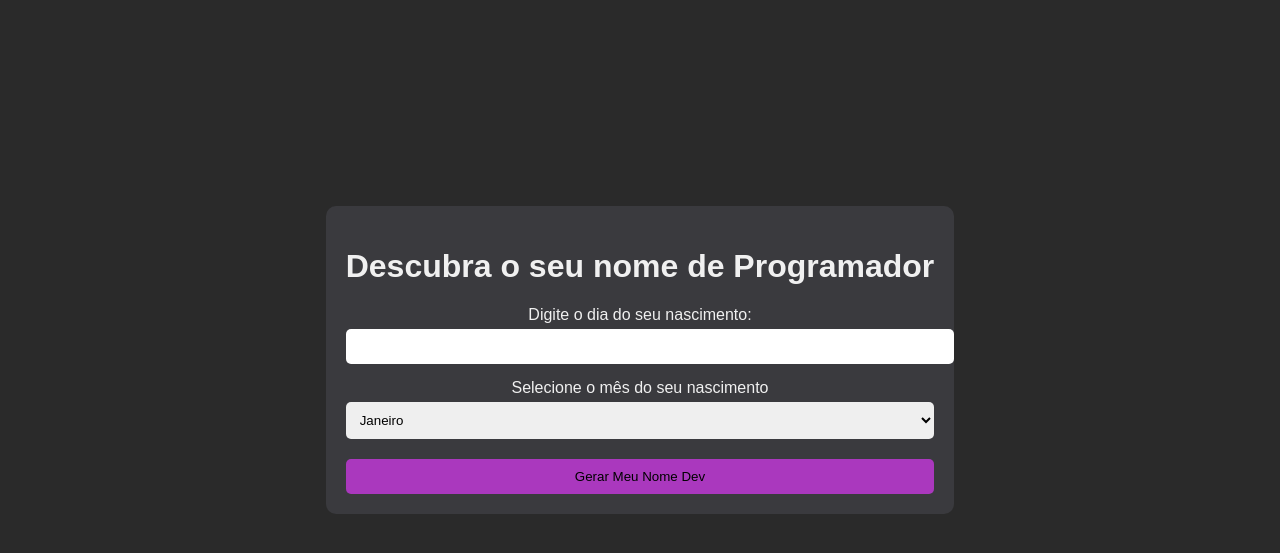
Repository: analessp/seu-nome-dev
Page: index.html
An editor plug-in stored every save of this project. The page is shown before and after a run of saves, followed by the edit.
The browser window is 1280 px wide. The pictures show the whole page.

Above is the page before, as saved 2025-05-13 10:52:22.

### index.html
<!DOCTYPE html>
<html lang="pt-BR">
<head>
    <meta charset="UTF-8">
    <meta name="viewport" content="width=device-width, initial-scale=1.0">
    <title>Seu Nome Dev</title>
    <link rel="stylesheet" href="styles.css">
</head>
<body>
    <div class="container">
        <h1>Descubra o seu nome de Programador</h1>
        <div class="form-group">
            <label for="dia">Digite o dia do seu nascimento:</label>
            <input type="number" id="dia" min="1" max="31">
        </div>
        <div class="form-group">
            <label for="mes">Selecione o mês do seu nascimento</label>
            <select id="mes">
                <option value="1">Janeiro</option>
                <option value="2">Fevereiro</option>
                <option value="3">Março</option>
                <option value="4">Abril</option>
                <option value="5">Maio</option>
                <option value="6">Junho</option>
                <option value="7">Julho</option>
                <option value="8">Agosto</option>
                <option value="9">Setembro</option>
                <option value="10">Outubro</option>
                <option value="11">Novembro</option>
                <option value="12">Dezembro</option>
            </select>
        </div>
        <button onclick="gerarNomeDev()">Gerar Meu Nome Dev</button>
        <div class="resultado" id="resultado"></div>
    </div>
    <script src="app.js"></script>
</body>
</html>

### styles.css
body {
    background-color: #2a2a2a;
    color: #f0f0f0;
    font-family: "Nunito", sans-serif;
    display: flex;
    justify-content: center;
    align-items: center;
    height: 100vh;
    margin: 0;
}

.container {
    background-color: #3a3a3e;
    padding: 20px;
    border-radius: 10px;
    box-shadow: 0px 5px 15px rgba(0, 0, 0, 0.3s);
    text-align: center;
}

.form-group {
    margin-bottom: 15px;
}

input, select, button {
    cursor: pointer;
    padding: 10px;
    margin-top: 5px;
    width: 100%;
    border-radius: 5px;
    border: none;
    outline: none;
}

button {
    background-color: #aa38be;
}

Loaded but not shown: app.js (no copy from this time; the picture is the same without it)

After the next 3 saves:
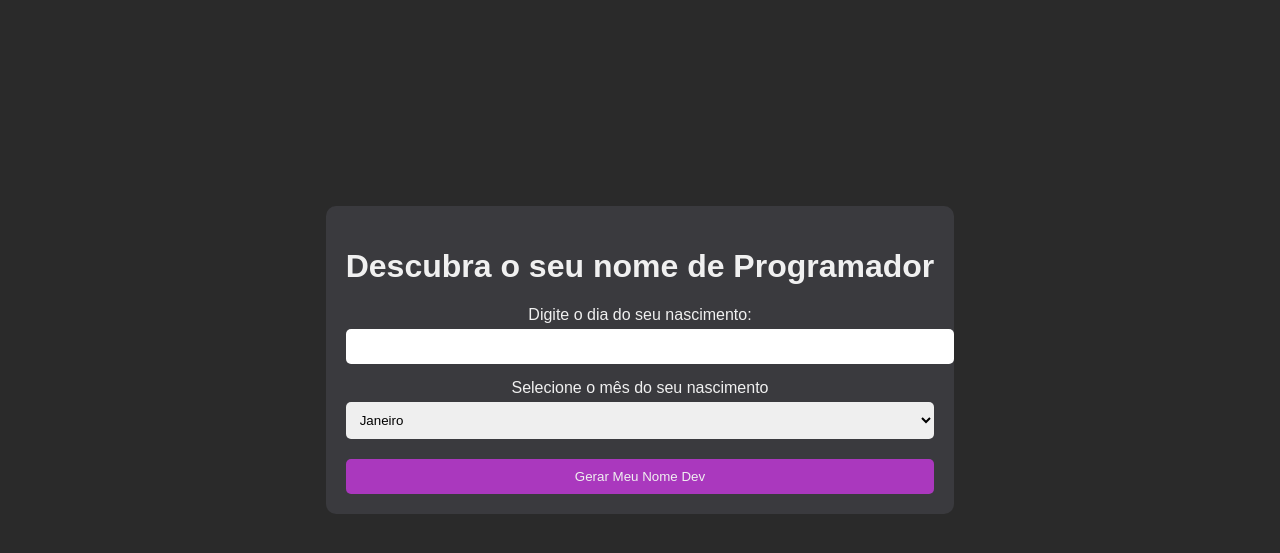
The 3 saves are shown as one change because they came seconds apart.
The last was saved 20 s later.
--- a/styles.css
+++ b/styles.css
@@ -33,4 +33,5 @@ input, select, button {
 
 button {
     background-color: #aa38be;
+    color: #f0f0f0;
 }
